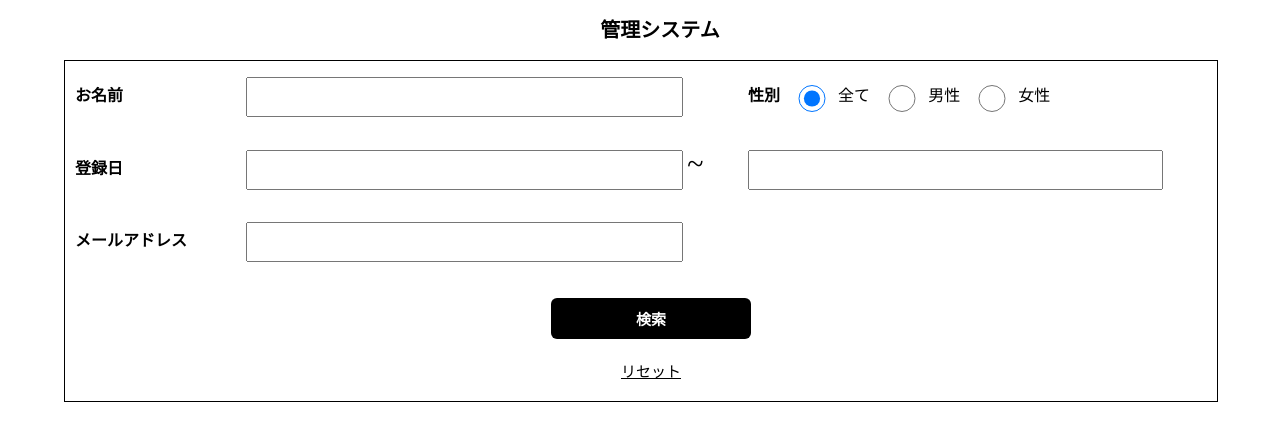
Repository: masanarimiura/20220723_miura_advance_test
Page: http://localhost/manage
The author's editor kept a copy of each file at every save. The page is drawn from the files as they stood at one save, then again after the next save.
The browser window is 1280 px wide. The pictures show the whole page.
The page is served by the project's Laravel application, run on PHP 8.4 with Laravel 8.

Above is the page before, as saved 2022-07-19 20:38:57.

After the next save:
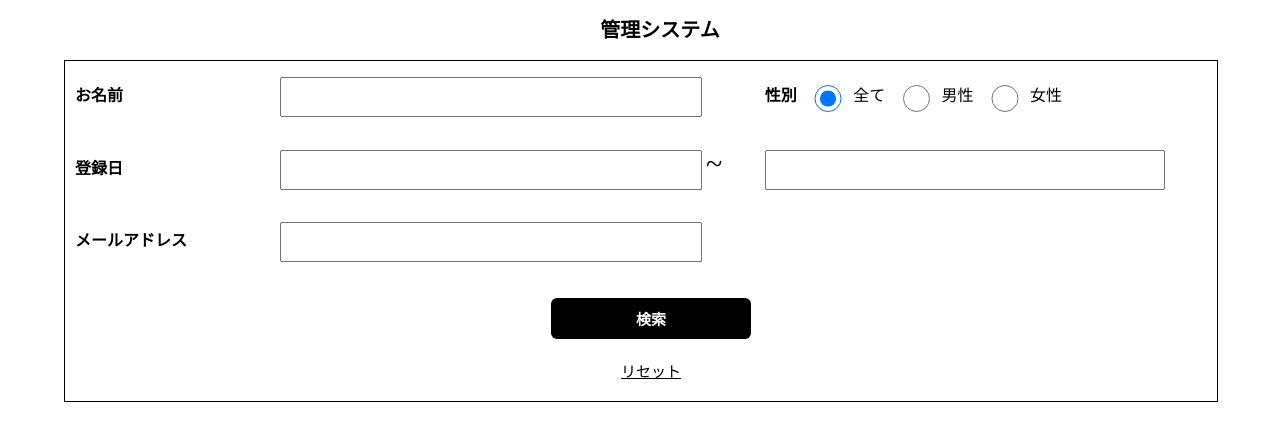
Saved 27 s later.
--- a/resources/views/manage.blade.php
+++ b/resources/views/manage.blade.php
@@ -123,7 +123,7 @@ input, select {
   width: 100%;
 }
 .system form table tr th {
-  width: 15%;
+  width: 18%;
   font-weight: bold;
   text-align: left;
   padding-left: 10px;
